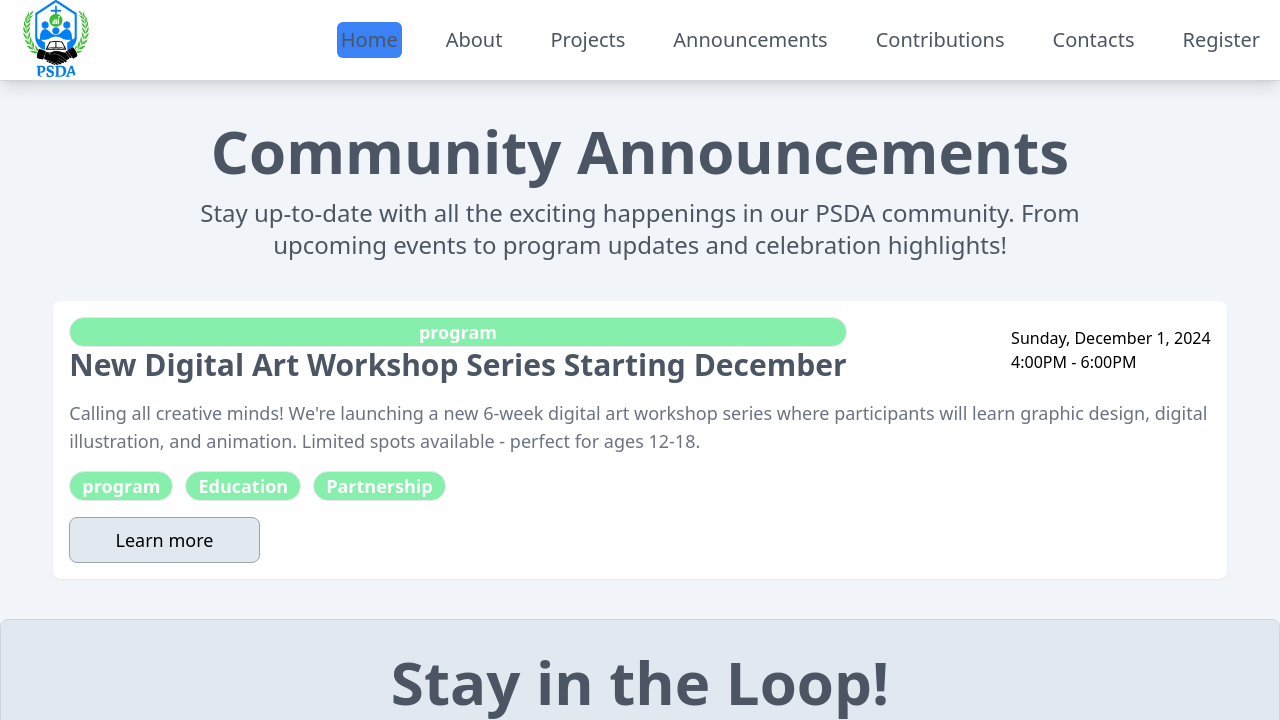
Repository: Zedestar/psda
Page: /announcements
An editor plug-in stored every save of this project. The page is shown before and after the next save, followed by the edit.
The browser window is 1280 px wide. The pictures show the whole page.
An inner scrolling area shows only its first screen. The project was rebuilt for these pictures with package versions that can differ from the ones it lists, and the page was loaded fresh each time. Also part of the build but not shown: src/components/cards/primary-card.jsx, src/components/cards/two-lines-card.jsx, src/components/homepic/index.jsx, src/pages/home/what-we-do.js, src/pages/home/home.jsx, src/components/cards/leaders-card.jsx, src/components/cards/secondary-card.jsx, src/pages/about/about-us-data.js and 13 more.

Above is the page before, as saved 2025-07-21 19:26:48.

### public/index.html
<!DOCTYPE html>
<html lang="en">
  <head>
    <meta charset="utf-8" />
    <link rel="icon" href="%PUBLIC_URL%/favicon.ico" />
    <meta name="viewport" content="width=device-width, initial-scale=1" />
    <meta name="theme-color" content="#000000" />
    <meta
      name="description"
      content="Web site created using create-react-app"
    />
    <!-- <link rel="apple-touch-icon" href="%PUBLIC_URL%/psdaImage.png" /> -->
    <!-- <link rel="manifest" href="%PUBLIC_URL%/manifest.json" /> -->

    <title>psda</title>
  </head>
  <body>
    <noscript>You need to enable JavaScript to run this app.</noscript>
    <div id="root"></div>

  </body>
</html>

### src/index.js
import React from "react";
import ReactDOM from "react-dom/client";
import App from "./App";
import "./index.css";
import { BrowserRouter } from "react-router-dom";

const root = ReactDOM.createRoot(document.getElementById("root"));
root.render(
  <BrowserRouter>
    <React.StrictMode>
      <App />
    </React.StrictMode>
  </BrowserRouter>
);

### src/App.js
import { Route, Routes } from "react-router-dom";
import Header from "./components/header/header";
import Home from "./pages/home/home";
import AboutPage from "./pages/about/about";
import Projects from "./pages/projects/projects";
import Announcements from "./pages/announcements/announcements";
import Contributions from "./pages/contirbutions/contributions";
import Contacts from "./pages/contacts/contacts";
import Register from "./pages/register/register.jsx";

function App() {
  return (
    <div className="flex flex-col items-center flex-center h-screen  bg-slate-100">
      <Header />
      <Routes>
        <Route path="/" element={<Home />} />
        <Route path="/about" element={<AboutPage />} />
        <Route path="/projects" element={<Projects />} />
        <Route path="/announcements" element={<Announcements />} />
        <Route path="/contributions" element={<Contributions />} />
        <Route path="/contact" element={<Contacts />} />
        <Route path="/register" element={<Register />} />
      </Routes>
    </div>
  );
}

export default App;

### src/components/header/header.jsx
import { useState } from "react";
import headerData from "./header-data";
import HeaderItem from "./header-item";
import psdaImage from "../../assets/images/psdaImage.png";

function Header() {
  const [active, setActive] = useState(1);
  return (
    <div className="w-full flex justify-center shadow-lg bg-white">
      <header className="w-full flex items-center justify-between px-4  border-b border-b-gray-300 max-w-screen-2xl">
        <div className="text-3xl rounded-full overflow-hidden">
          <img className="h-20 w-20" src={psdaImage} alt="" />
        </div>{" "}
        <ul className="hidden lg:flex justify-center py-5 space-x-10 flex-center">
          {headerData.map((item) => (
            <HeaderItem
              key={item.id}
              item={item}
              active={active}
              setActive={setActive}
            />
          ))}
        </ul>
        <ul className="lg:hidden">
          <li>miaaa</li>
          <li>miaaa</li>
          <li>miaaa</li>
          <li>miaaa</li>
          <li>miaaa</li>
        </ul>
      </header>
    </div>
  );
}

export default Header;

### src/pages/announcements/announcements.jsx
import Container from "../../components/container";
import MinContainer from "../../components/min-container/min-container.jsx";
import MinContianerInsideContent from "../../components/min-container/min-container-inside-content.jsx";
import announcements_face_card_data from "./announcemntes.-face-card-data.js";
import stay_updated_content_data from "./stay-updated-content-data.js";
import FaceCard from "../../components/cards/face-card";
import FullRoundedButton from "../../components/button/full-rounded-button.jsx";
import AnnouncementCard from "../../components/cards/announcement-card.jsx";

function Announcements() {
  return (
    <Container>
      {announcements_face_card_data.map((item) => (
        <FaceCard item={item} />
      ))}
      <AnnouncementCard />
      <MinContainer>
        {stay_updated_content_data.map((item) => (
          <FaceCard item={item} />
        ))}
        <MinContianerInsideContent>
          <form className="flex">
            <input
              className="rounded-full border-2 border-gray-400 text-xl flex items-center justify-center active:border-blue-400 "
              placeholder="Enter your email"
            />
            <FullRoundedButton text={"Subscribe"} />
          </form>
        </MinContianerInsideContent>
      </MinContainer>
    </Container>
  );
}

export default Announcements;

### src/components/header/header-data.js
const headerData = [
  {
    id: 1,
    content: "Home",
    link: "/",
  },
  {
    id: 2,
    content: "About",
    link: "/about",
  },
  {
    id: 3,
    content: "Projects",
    link: "/projects",
  },
  {
    id: 4,
    content: "Announcements",
    link: "/announcements",
  },
  {
    id: 5,
    content: "Contributions",
    link: "/contributions",
  },
  {
    id: 6,
    content: "Contacts",
    link: "/contact",
  },
  {
    id: 7,
    content: "Register",
    link: "/register",
  },
];

export default headerData;

### src/components/header/header-item.jsx
import { Link } from "react-router-dom";

function HeaderItem({ item, active, setActive }) {
  console.log(active);
  return (
    <li
      className={`p-1 rounded-md text-xl text-gray-600 font-gray-100 hover:bg-gray-200 transition cursor-pointer ${
        item.id === active ? "bg-blue-500" : ""
      }`}
      onClick={() => setActive(item.id)}
    >
      <Link to={item.link}>{item.content}</Link>
    </li>
  );
}

export default HeaderItem;

### src/pages/home/psda-highlights.js
import {
  FaUsers,
  FaPalette,
  FaLaptopCode,
  //   GiProgression,
  FaChild,
} from "react-icons/fa";

const psdaHighlights = [
  {
    id: 1,
    title: "Community Building",
    content:
      "We connect young people to form lasting friendships and supportive peer networks that strengthen communities.",
    icon: <FaUsers className="text-4xl text-blue-400" />,
    color: "bg-blue-50",
    text_color: "text-gray-500",
  },
  {
    id: 2,
    title: "Creative Projects",
    content:
      "Our programs encourage hands-on learning through art, technology, and community improvement initiatives.",
    icon: <FaPalette className="text-4xl text-blue-400" />,
    color: "bg-blue-50",
    text_color: "text-gray-500",
  },
  {
    id: 3,
    title: "Character Development",
    content:
      "We help children build confidence, leadership skills, and positive values that prepare them for life’s challenges.",
    icon: <FaLaptopCode className="text-4xl text-blue-400" />,
    color: "bg-blue-50",
    text_color: "text-gray-500",
  },
  {
    id: 4,
    title: "Achievement Recognition",
    content:
      "We celebrate every milestone and accomplishment to inspire pride, motivation, and continued growth.",
    icon: <FaChild className="text-4xl text-blue-400" />,
    color: "bg-blue-50",
    text_color: "text-gray-500",
  },
];

export default psdaHighlights;

### src/components/button/full-rounded-button.jsx
function FullRoundedButton({ text, bgColor, textColor, onClick }) {
  return (
    <button
      className={`${bgColor} p-4 mx-4 ${textColor} text-2xl border border-gray-50 rounded-full hover:scale-105 transition duration:300`}
      onClick={onClick}
    >
      {text}{" "}
    </button>
  );
}

export default FullRoundedButton;

### src/components/cards/face-card.jsx
function FaceCard({ item }) {
  return (
    <div className="space-y-4 flex flex-col items-center justify-center">
      <p className="text-6xl w-[80%] font-bold text-gray-600 text-center">
        {item.title}
      </p>
      <p className="text-2xl w-[70%] text-center text-gray-600">
        {item.description}
      </p>
    </div>
  );
}

export default FaceCard;

### src/components/container/index.jsx
function Container({ children }) {
  return (
    <div className="w-full h-full flex justify-center overflow-x-scroll">
      <div className="w-full h-full py-10 space-y-10 max-w-screen-2xl flex flex-col items-center">
        {children}
      </div>
    </div>
  );
}

export default Container;

### src/pages/about/core-objective-goals-data.js
import {
  AiOutlineTeam,
  AiOutlineBulb,
  AiOutlineTool,
  AiOutlineStar,
  AiOutlineGift,
} from "react-icons/ai";

const core_objectives_data = [
  {
    id: 1,
    title: "Fellowship and Networking",
    content:
      "To foster strong, lasting relationships among pastors' children by encouraging unity, love, and mutual support within the community.",
    icon: <AiOutlineTeam className="text-4xl text-teal-500" />,
    color: "bg-teal-50",
    text_color: "text-teal-500",
  },
  {
    id: 2,
    title: "Opportunity Awareness",
    content:
      "To actively seek out and share opportunities for growth, development, and advancement—both spiritually and economically.",
    icon: <AiOutlineBulb className="text-4xl text-purple-500" />,
    color: "bg-purple-50",
    text_color: "text-purple-500",
  },
  {
    id: 3,
    title: "Problem Solving",
    content:
      "To openly discuss and confront common challenges we face as a community, and work hand in hand to find sustainable solutions.",
    icon: <AiOutlineTool className="text-4xl text-yellow-500" />,
    color: "bg-yellow-50",
    text_color: "text-yellow-500",
  },
  {
    id: 4,
    title: "Talent Discovery & Development",
    content:
      "To identify, nurture, and empower the God-given talents within us, enabling every member to reach their full potential.",
    icon: <AiOutlineStar className="text-4xl text-pink-500" />,
    color: "bg-pink-50",
    text_color: "text-pink-500",
  },
  {
    id: 5,
    title: "Support for Our Parents",
    content:
      "To express gratitude and honor our pastoral parents by supporting them in practical ways—spiritually, emotionally, and materially.",
    icon: <AiOutlineGift className="text-4xl text-red-500" />,
    color: "bg-red-50",
    text_color: "text-red-500",
  },
];

export default core_objectives_data;

### src/pages/about/mission-vission-impact.js
import { AiOutlineAim, AiOutlineEye, AiOutlineHeart } from "react-icons/ai";

const mission_vission_impact_data = [
  {
    id: 1,
    title: "Our mission",
    content:
      "We envision a generation of spiritually grounded, socially responsible, and purpose-driven leaders from pastoral families who carry forward a legacy of faith, compassion, and community influence.",

    icon: <AiOutlineAim className="text-4xl text-green-500" />,
    color: "bg-green-50",
    text_color: "text-green-500",
  },
  {
    id: 2,
    title: "Our vision",
    content:
      "We exist to empower pastors’ children through mentorship, discipleship, skill-building, and fellowship—equipping them to thrive in every area of life and fulfill their divine calling.",
    icon: <AiOutlineEye className="text-4xl text-blue-500" />,
    color: "bg-blue-50",
    text_color: "text-blue-500",
  },
  {
    id: 3,
    title: "Our impact",
    content:
      "Through impactful programs and community-building initiatives, P.S.D.A. is restoring identity, building leadership, and inspiring pastors’ children to walk boldly in purpose while honoring their heritage.",
    icon: <AiOutlineHeart className="text-4xl text-orange-400" />,
    color: "bg-orange-50",
    text_color: "text-orange-500",
  },
];

export default mission_vission_impact_data;

### src/components/min-container/min-container.jsx
function MinContaier({ children }) {
  return (
    <div className="bg-slate-200 py-8 rounded-lg space-y-4 hover:shadow-xl border border-gray-300 transition">
      {children}
    </div>
  );
}

export default MinContaier;

### src/components/min-container/min-container-inside-content.jsx
function MinContianerInsideContent({ children }) {
  return (
    <div className="flex items-center justify-center my-2">{children}</div>
  );
}

export default MinContianerInsideContent;

### src/pages/announcements/announcemntes.-face-card-data.js
const announcements_face_card_data = [
  {
    title: "Community Announcements",
    description:
      "Stay up-to-date with all the exciting happenings in our PSDA community. From upcoming events to program updates and celebration highlights!",
  },
];

export default announcements_face_card_data;

### src/pages/announcements/stay-updated-content-data.js
const stay_updated_content_data = [
  {
    title: "Stay in the Loop!",
    description:
      "Never miss an important announcement. Subscribe to our newsletter for weekly updates and exclusive community insights delivered right to your inbox.",
  },
];

export default stay_updated_content_data;

### src/components/cards/announcement-card.jsx
function AnnouncementCard() {
  const instensity = [100, 200, 50, 500, 300, 400, 600, 700, 800, 900];
  const colors = ["rose", "green", "blue", "orange", "violent"];
  return (
    <div className="flex flex-col bg-white mx-4 p-4 rounded-lg shadow-sm hover:shadow-lg hover:scale-105 transition w-11/12 space-y-4">
      <div className="flex items-center justify-between space-x-2  ">
        <div>
          <p className="bg-green-300 text-lg font-semibold border border-gray-200 px-3 flex items-center justify-center rounded-full text-white">
            program
          </p>
          <p className="text-3xl font-bold text-gray-600">
            New Digital Art Workshop Series Starting December
          </p>
        </div>
        <div>
          <p>Sunday, December 1, 2024</p>
          <p>4:00PM - 6:00PM</p>
        </div>
      </div>
      <div>
        <p className="text-lg text-gray-500">
          Calling all creative minds! We're launching a new 6-week digital art
          workshop series where participants will learn graphic design, digital
          illustration, and animation. Limited spots available - perfect for
          ages 12-18.
        </p>
      </div>
      <div className="flex space-x-3">
        <p className="bg-green-300 text-lg font-semibold border border-gray-200 px-3  flex items-center justify-center rounded-full text-white">
          program
        </p>
        <p className="bg-green-300 text-lg font-semibold border border-gray-200 px-3 flex items-center justify-center rounded-full text-white">
          Education
        </p>
        <p className="bg-green-300 text-lg font-semibold border border-gray-200 px-3 flex items-center justify-center rounded-full text-white">
          Partnership
        </p>
      </div>
      <button className="w-2/12 py-2 rounded-lg text-lg bg-slate-200 hover:bg-blue-400 transition border border-gray-400">
        Learn more{" "}
      </button>
    </div>
  );
}

export default AnnouncementCard;

### tailwind.config.js
/** @type {import('tailwindcss').Config} */
module.exports = {
  content: ["./src/**/*.{js,jsx,ts,tsx}"],
  theme: {
    extend: {
      colors: {
        psdaGreen: "#1A8F57",
      },
    },
  },
  plugins: [],
};

Loaded but not shown: src/index.css (common file); src/components/homepic/index.css (no stored copy; drawn as an empty file)

After the next save:
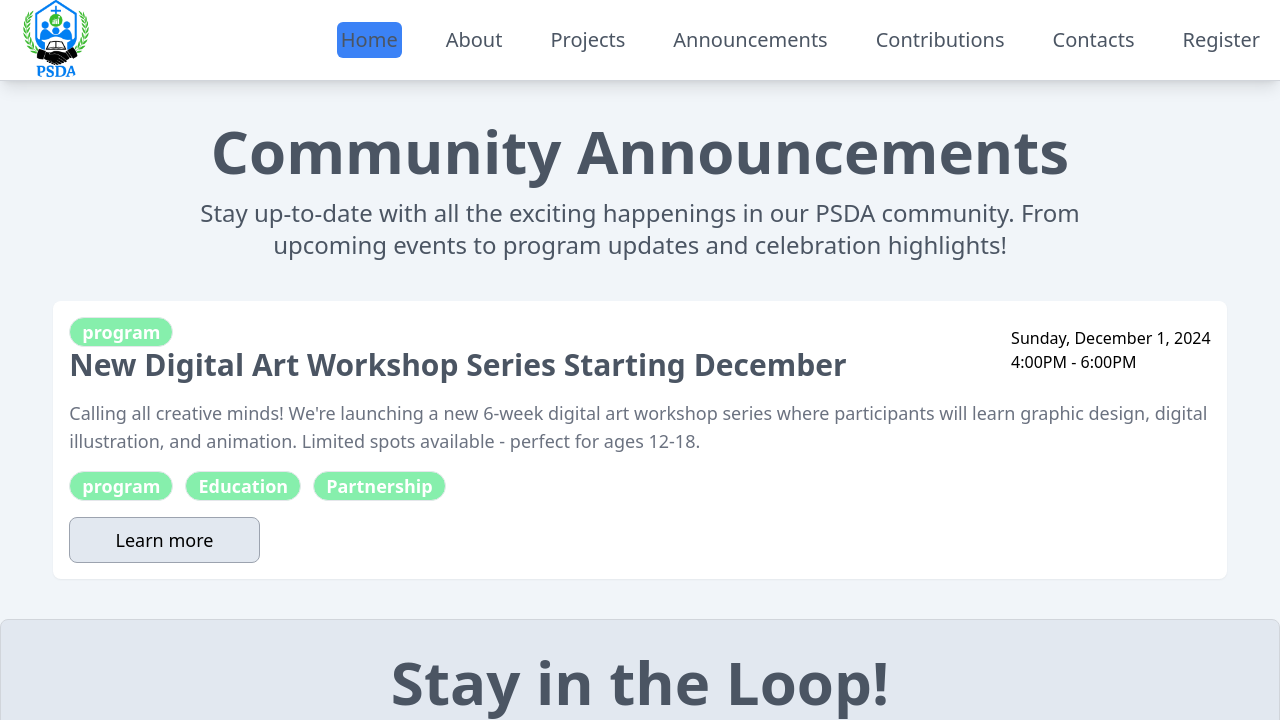
Saved 25 s later.
--- a/src/components/cards/announcement-card.jsx
+++ b/src/components/cards/announcement-card.jsx
@@ -5,7 +5,7 @@ function AnnouncementCard() {
     <div className="flex flex-col bg-white mx-4 p-4 rounded-lg shadow-sm hover:shadow-lg hover:scale-105 transition w-11/12 space-y-4">
       <div className="flex items-center justify-between space-x-2  ">
         <div>
-          <p className="bg-green-300 text-lg font-semibold border border-gray-200 px-3 flex items-center justify-center rounded-full text-white">
+          <p className="bg-green-300 text-lg font-semibold border border-gray-200 px-3 w-fit flex items-center justify-center rounded-full text-white">
             program
           </p>
           <p className="text-3xl font-bold text-gray-600">
